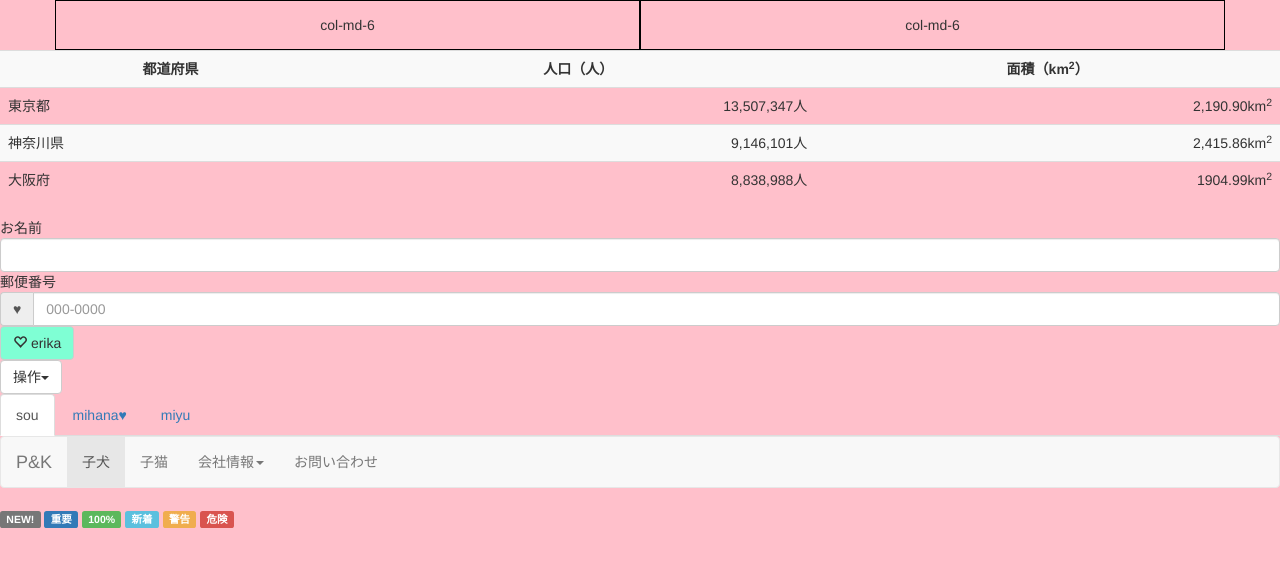
Repository: erika-sugimoto/microposts
Page: bootstrap_lesson.html
The author's editor kept a record of every edit. The page is drawn from the files as they stood at one moment, then again after the next edit.
The browser window is 1280 px wide. The pictures show the whole page.

Above is the page before.

### bootstrap_lesson.html
<!DOCTYPE html>
<html>
    <head>
        <meta charset="utf-8">
        <meta http-equiv="X-UA-Compatible" content="IE=edge">
        <meta name="viewport" content="width=device-width, initial-scale=1">

        <title>Grid System Test</title>

        <!-- Bootstrap CSS-->
        <link rel="stylesheet" href="https://maxcdn.bootstrapcdn.com/bootstrap/3.3.7/css/bootstrap.min.css">
        <!-- jQuery -->
        <script src="https://ajax.googleapis.com/ajax/libs/jquery/1.12.4/jquery.min.js"></script>
        <!-- Bootstrap JavaScript-->
        <script src="https://maxcdn.bootstrapcdn.com/bootstrap/3.3.7/js/bootstrap.min.js"></script>
    <link rel="stylesheet" href="bootstrap_lesson.css">
        <style>
            .row div {
                border: 1px solid #000;
                padding: 1em;
                text-align: center;

            }
        </style>

    </head>
    <body>
        <div class="container">
            <div class="row">
                <div class="col-md-6">col-md-6</div>
                <div class="col-md-6">col-md-6</div>
            </div>
        </div>
        <table class="table table-striped"　>
    <tr>
        <th class="text-center">都道府県</th>
        <th class="text-center">人口（人）</th>
        <th class="text-center">面積（km<sup>2</sup>）</th>
    </tr>
    <tr>
        <td>東京都</td>
        <td class="text-right">13,507,347人</td>
        <td class="text-right">2,190.90km<sup>2</sup></td>
    </tr>
    <tr>
        <td>神奈川県</td>
        <td class="text-right">9,146,101人</td>
        <td class="text-right">2,415.86km<sup>2</sup></td>
    </tr>
    <tr>
        <td>大阪府</td>
        <td class="text-right">8,838,988人</td>
        <td class="text-right">1904.99km<sup>2</sup></td>
    </tr>
</table>
<form>
    お名前
    <input type="text" class="form-control">
</form>
    <form>
  郵便番号
  <div class="input-group">
    <!-- left accessory -->
    <span class="input-group-addon">♥</span>

    <input type="text" class="form-control" placeholder="000-0000">
  </div>
</form>

<button id="erika" class="btn btn-default" type="submit">
    <span class="glyphicon glyphicon-heart-empty"></span>
    erika
    </button>
     <div class="dropdown">
  <button type="button" class="btn btn-default dropdown-toggle" data-toggle="dropdown">
    操作<span class="caret"></span>
  </button>
  <!-- choices -->
  <ul class="dropdown-menu">
    <li><a href="#">返信</a></li>
    <li><a href="#">転送</a></li>
    <li role="separator" class="divider"></li>
    <li><a href="#">削除</a></li>
  </ul>
</div>

<ul class="nav nav-tabs">
  <li class="active"><a href="#">sou</a></li>
  <li><a href="#">mihana♥</a></li>
  <li><a href="#">miyu</a></li>
</ul>

<nav class="navbar navbar-default">
  <div class="container-fluid">
    <div class="navbar-header">
      <!-- hamburger button which shows narrow width -->
      <button type="button" class="navbar-toggle collapsed" data-toggle="collapse" data-target="#navbar">
        <span class="icon-bar"></span>
        <span class="icon-bar"></span>
        <span class="icon-bar"></span>
      </button>

      <!-- link back to the home -->
      <a class="navbar-brand" href="#">P&amp;K</a>
    </div>

    <!-- menu items -->
    <div id="navbar" class="collapse navbar-collapse">
      <ul class="nav navbar-nav">
        <li class="active"><a href="#">子犬</a></li>
        <li><a href="#">子猫</a></li>
        <li class="dropdown">
          <a href="#" class="dropdown-toggle" data-toggle="dropdown">会社情報<span class="caret"></span></a>
          <ul class="dropdown-menu">
            <li><a href="#">ビジョン</a></li>
            <li><a href="#">会社概要</a></li>
            <li><a href="#">地図</a></li>
            <li><a href="#">沿革</a></li>
          </ul>
        </li>
        <li><a href="#">お問い合わせ</a></li>
      </ul>
    </div><!-- /.navbar-collapse -->
  </div><!-- /.container-fluid -->
</nav>
<span class="label label-default">NEW!</span>
<span class="label label-primary">重要</span>
<span class="label label-success">100%</span>
<span class="label label-info">新着</span>
<span class="label label-warning">警告</span>
<span class="label label-danger">危険</span>
     </body>
</html>

### bootstrap_lesson.css
@charset "UTF-8";

body {
  background-color: #000;
}

@media (min-width: 500px) {
    /* style applied if window's width is 500px or more */
    body {
        background-color: pink;
    }
}

@media (min-width: 750px) {
    /* style applied if window's width is 750px or more */
    body {
        background-color: red;
    }
}

@media (min-width: 1000px) {
    /* style applied if window's width is 1000px or more */
    body {
        background-color: pink;
    }
}

#erika{
    background-color:#7fffd4;

}

#mihana{
    background-color:#ff69b4;

}

After the next edit:
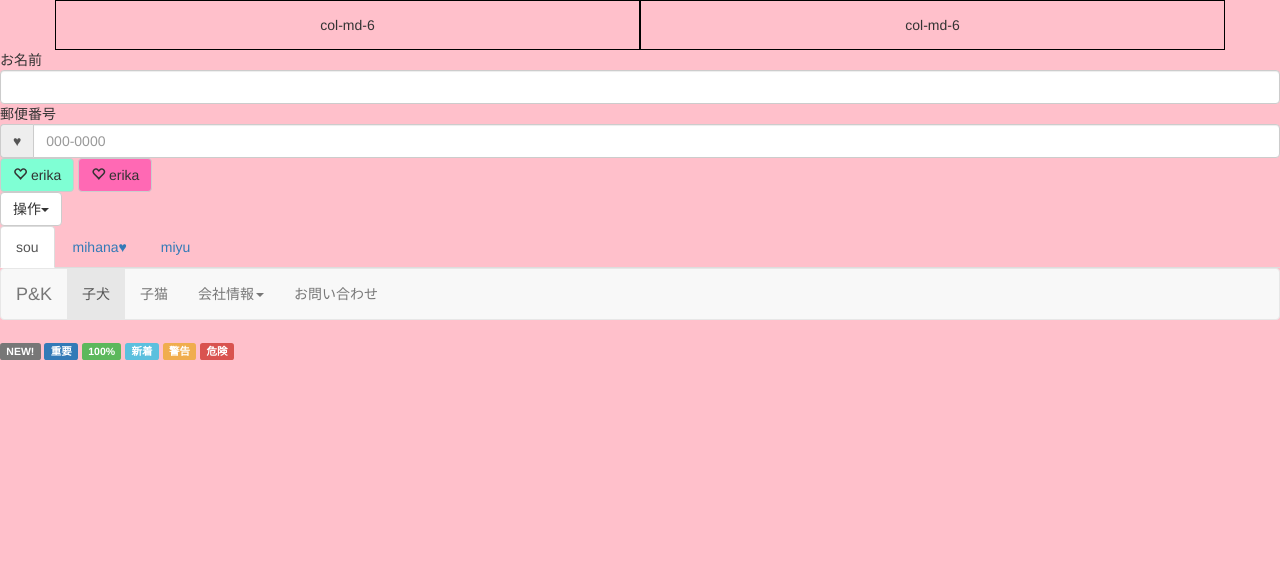
The edit:
--- a/bootstrap_lesson.html
+++ b/bootstrap_lesson.html
@@ -31,28 +31,7 @@
                 <div class="col-md-6">col-md-6</div>
             </div>
         </div>
-        <table class="table table-striped"　>
-    <tr>
-        <th class="text-center">都道府県</th>
-        <th class="text-center">人口（人）</th>
-        <th class="text-center">面積（km<sup>2</sup>）</th>
-    </tr>
-    <tr>
-        <td>東京都</td>
-        <td class="text-right">13,507,347人</td>
-        <td class="text-right">2,190.90km<sup>2</sup></td>
-    </tr>
-    <tr>
-        <td>神奈川県</td>
-        <td class="text-right">9,146,101人</td>
-        <td class="text-right">2,415.86km<sup>2</sup></td>
-    </tr>
-    <tr>
-        <td>大阪府</td>
-        <td class="text-right">8,838,988人</td>
-        <td class="text-right">1904.99km<sup>2</sup></td>
-    </tr>
-</table>
+
 <form>
     お名前
     <input type="text" class="form-control">
@@ -68,6 +47,10 @@
 </form>
 
 <button id="erika" class="btn btn-default" type="submit">
+    <span class="glyphicon glyphicon-heart-empty"></span>
+    erika
+    </button>
+<button id="mihana" class="btn btn-default" type="submit">
     <span class="glyphicon glyphicon-heart-empty"></span>
     erika
     </button>
